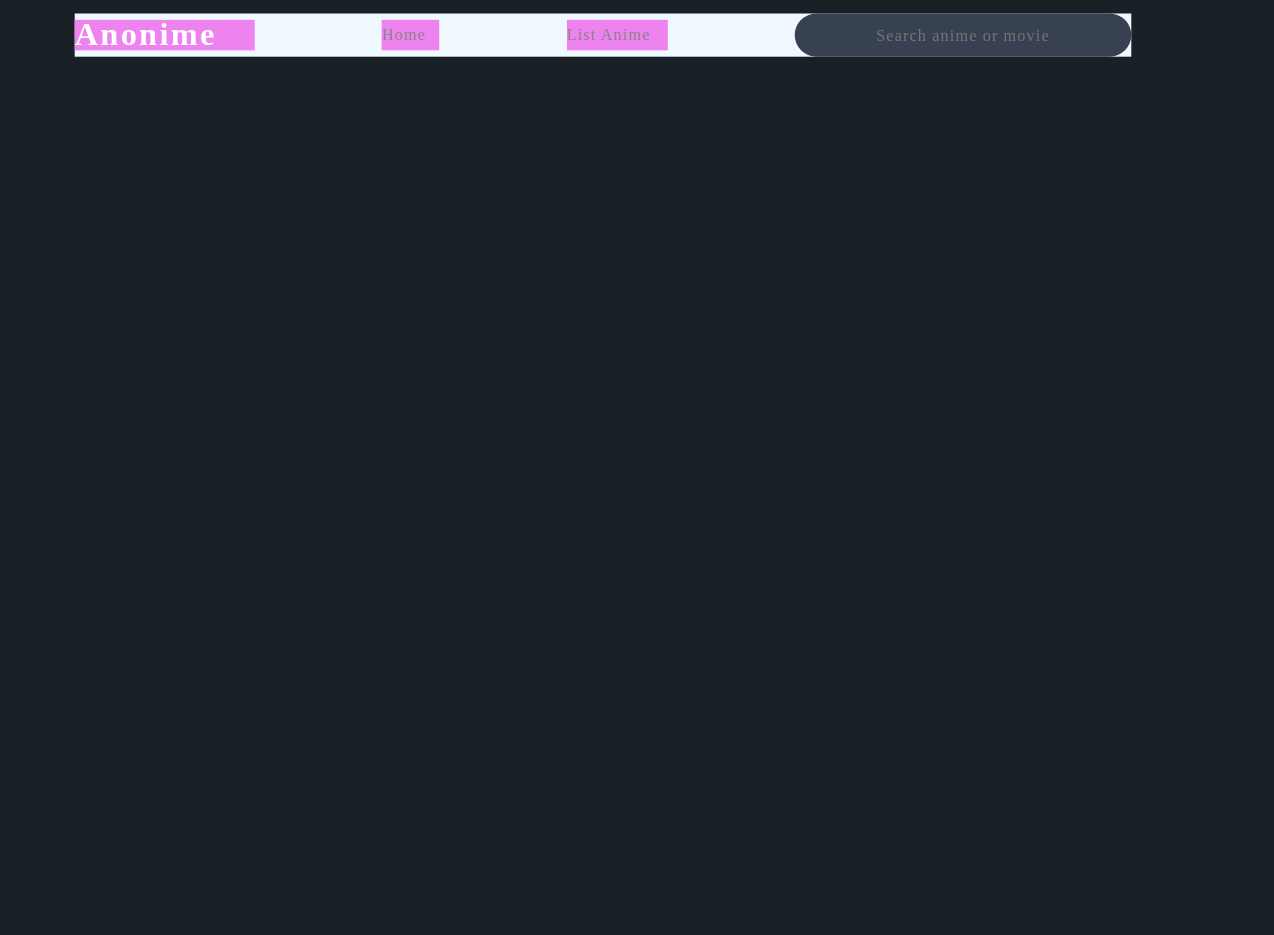
Repository: hieu1802/CIJS-97
Page: / (app in Bài Test giữa khóa/my-app/)
These files come from the project's save history. The page is drawn as it stood at one moment and after the next save; the edit follows.
The browser window is 1280 px wide. The page is 1416 px wide, so the pictures cover 1416 px, including what lies to the right of the window. The pictures show the whole page, at 90% of full size.
The project was rebuilt for these pictures with package versions that can differ from the ones it lists, and the page was loaded fresh each time.

Above is the page before, as saved 2024-07-26 18:15:55.

After the next save:
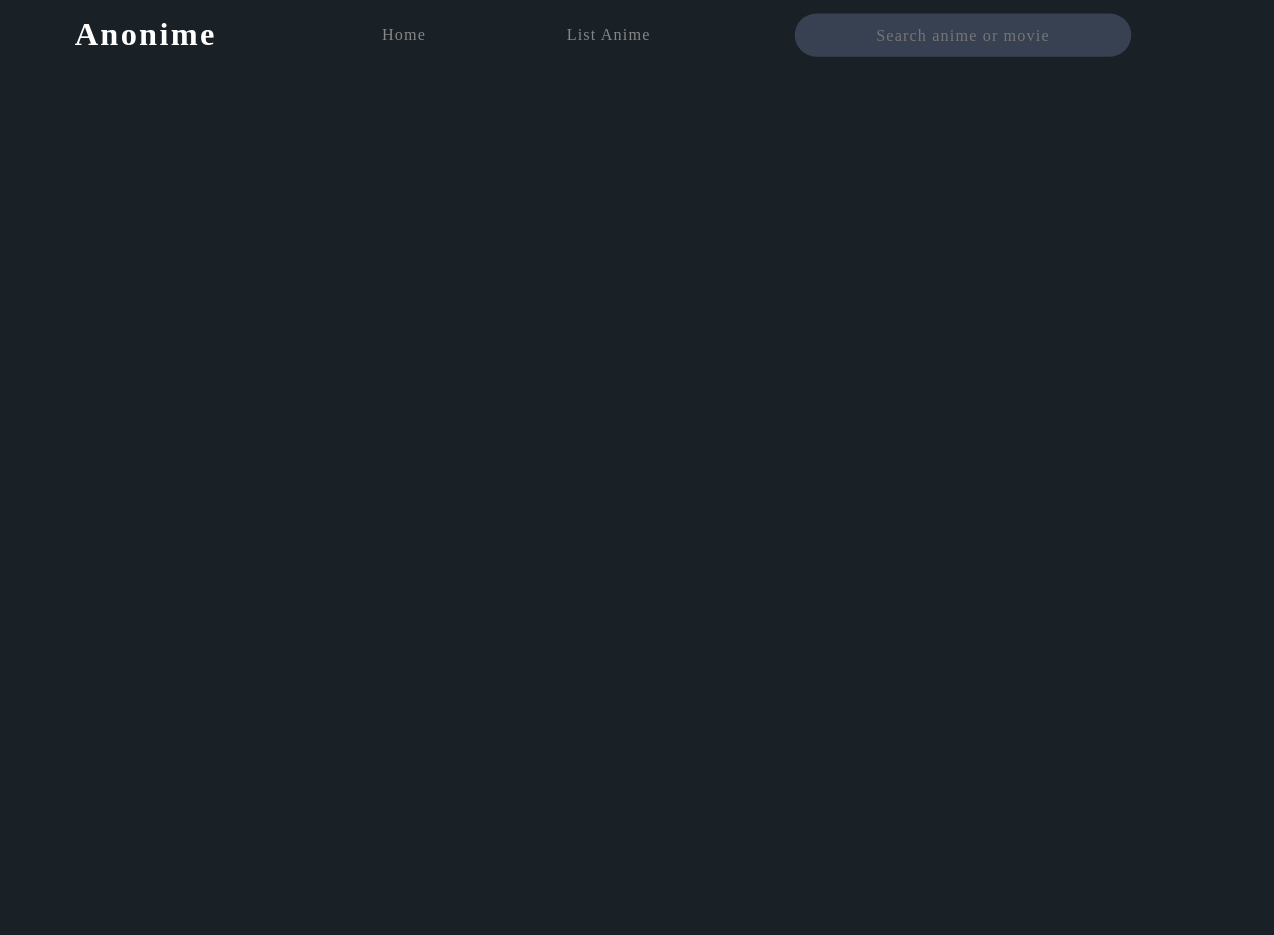
Saved 20 s later.
--- a/Bài Test giữa khóa/my-app/src/App.css
+++ b/Bài Test giữa khóa/my-app/src/App.css
@@ -56,14 +56,12 @@
 .navbar{
   width: 1174px;
   height: 48px;
-  background-color: aliceblue;
   display: flex;
   justify-content: space-between;
 }
 .navbarLogo{
   width: 200px;
   height: 34px;
-  background-color:violet;
   margin-top: 7px;
 }
 .navbarLogo > h1{
@@ -79,7 +77,6 @@
 .navbarPage{
   width: 64px;
   height: 34px;
-  background-color:violet;
   margin-top: 7px;
 }
 
